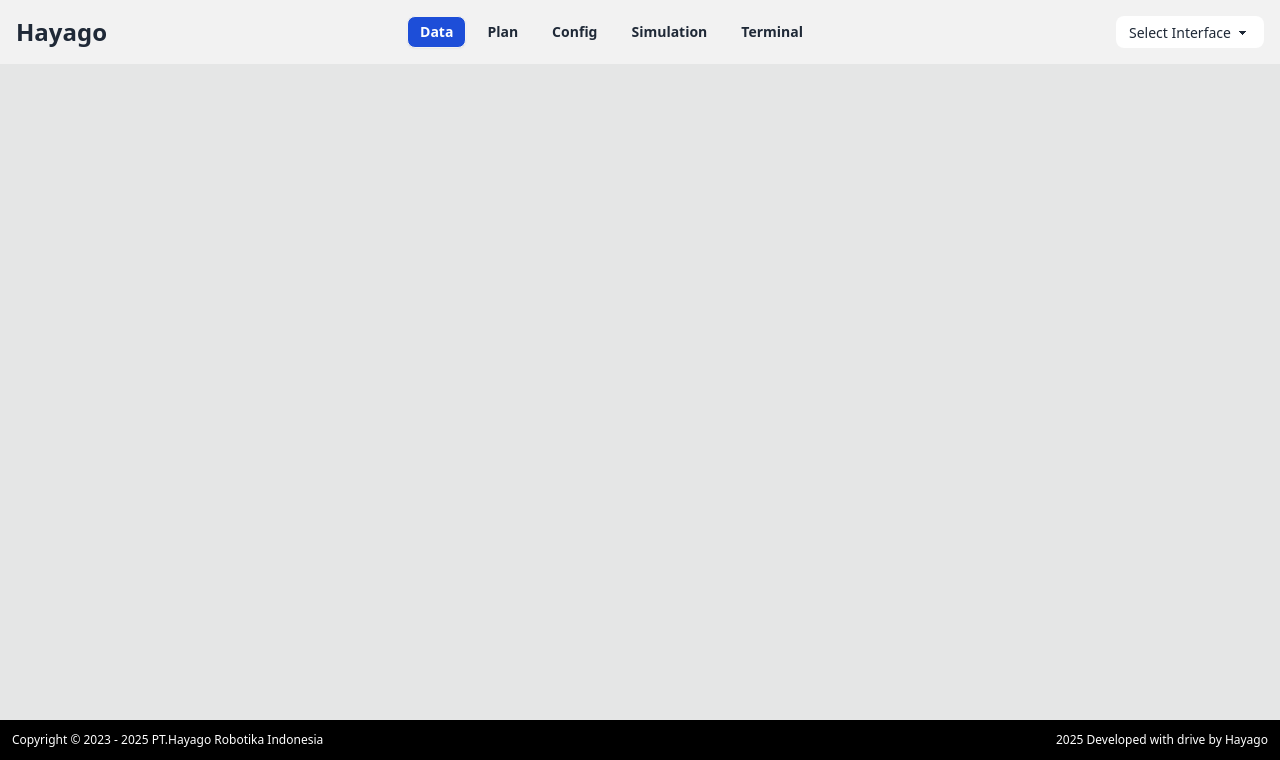
Repository: khulqu15/rov.commander
Page: http://localhost/planner/
An editor plug-in stored every save of this project. The page is shown before and after the next save, followed by the edit.
The browser window is 1280 px wide. The pictures show the whole page.
Some web libraries are served in a nearby version. The page is served by the project's application, run on Django 5.2 (manage.py). Other server files are loaded and not shown.

Above is the page before, as saved 2025-02-06 21:31:52.

### templates/pages/data.html
{% extends "index.html" %}

{% block content %}

{% if selected_interface %}
<div class="max-w-7xl p-4 bg-base-200 w-full inline-block rounded-3xl">
    <div class="flex w-full justify-between items-center">
        <h3 class="badge bg-blue-700 text-white">Selected Network: {{ selected_interface }}</h3>
        <div class="flex items-center justify-end gap-3">
            <div class="py-2 rounded-xl px-4 bg-base-100 text-center">
                <p class="text-xs">Battery</p>
                <h4 class="text-lg text-blue-500 font-bold">90<sub>%</sub></h4>
            </div>
            <div class="py-2 rounded-xl px-4 bg-base-100 text-center">
                <p class="text-xs">Temp</p>
                <h4 class="text-lg text-blue-500 font-bold">-4.3<sub>C</sub></h4>
            </div>
            <div class="py-2 rounded-xl px-4 bg-base-100 text-center">
                <p class="text-xs">Altitude</p>
                <h4 class="text-lg text-blue-500 font-bold">-40<sub>m</sub></h4>
            </div>
            <div class="py-2 rounded-xl px-4 bg-base-100 text-center">
                <p class="text-xs">Flow</p>
                <h4 class="text-lg text-blue-500 font-bold">-3.5<sub>m<sup>3</sup>/s</sub></h4>
            </div>
        </div>
    </div>
</div>
{% endif %}

{% endblock content %}

### templates/index.html
<!DOCTYPE html>
<html lang="en">
<head>
    <meta charset="UTF-8">
    <meta name="viewport" content="width=device-width, initial-scale=1.0">
    <link href="https://cdn.jsdelivr.net/npm/daisyui@4.12.23/dist/full.min.css" rel="stylesheet" type="text/css" />
    <script src="https://cdn.tailwindcss.com"></script>
    <title>Mission Planner App</title>
</head>
<body>
    <div>
        <div class="fixed left-0 w-full p-4 bg-base-200 top-0 flex justify-between items-center text-base-content">
            <div>
                <h1 class="text-2xl font-bold">Hayago</h1>
            </div>
            <div class="lg:flex items-center justify-center gap-2">
                <button type="submit" class="btn bg-blue-700 text-white btn-sm">Data</button>
                <button type="submit" class="btn btn-ghost btn-sm">Plan</button>
                <button type="submit" class="btn btn-ghost btn-sm">Config</button>
                <button type="submit" class="btn btn-ghost btn-sm">Simulation</button>
                <button type="submit" class="btn btn-ghost btn-sm">Terminal</button>
            </div>
            <form method="GET">
                <select name="interface" class="select select-border select-sm" id="interface">
                    <option value="">Select Interface</option>
                    {% for interface in interfaces %}
                        <option value="{{ interface }}" {% if interface == selected_interface %}selected{% endif %}>{{ interface }}</option>
                    {% endfor %}
                </select>
                {% if request.GET.interface %}
                    <button type="submit" class="btn bg-blue-600 text-white btn-sm">Connect</button>
                    <button type="submit" class="btn btn-success btn-sm">Connected</button>
                {% endif %}
            </form>
        </div>
        <div class="min-h-screen w-full bg-base-300 pt-24 p-4 flex justify-center w-full">
            {% block content %}{% endblock content %}
        </div>
        <div class="flex w-full justify-between p-3 text-xs items-center bg-black text-white">
            <div>Copyright © 2023 - 2025 PT.Hayago Robotika Indonesia</div>
            <div>2025 Developed with drive by Hayago</div>
        </div>
    </div>
</body>
</html>

### network/views.py
import socket
import serial.tools.list_ports
from rest_framework.response import Response
from rest_framework.decorators import api_view
from django.shortcuts import render
from django.http import JsonResponse

serial_connection = False

def get_network_interfaces():
    """Mendapatkan daftar interface jaringan yang tersedia"""
    interfaces = set()
    host_name = socket.gethostname()
    for ip in socket.getaddrinfo(host_name, None):
        interfaces.add(ip[4][0])
    return list(interfaces)

@api_view(["GET"])
def get_network_info(request):
    interfaces = get_network_interfaces()
    selected_interface = request.GET.get("interface", None)

    ip_list = []
    com_ports = []

    if selected_interface:
        ip_list = [ip for ip in interfaces if ip == selected_interface]

        ports = list(serial.tools.list_ports.comports())
        com_ports = [{"device": port.device, "description": port.description} for port in ports]

    return render(request, "pages/data.html", {
        "interfaces": interfaces,
        "selected_interface": selected_interface,
        "tcpIp": ip_list,
        "comPorts": com_ports
    })

@api_view(["POST"])
def connect_device(request):
    global serial_connection
    port_name = request.POST.get("port")
    baud_rate = request.POST.get("baud", 9600)
    if not port_name:
        return JsonResponse({"error": "No COM Selected"})
    try:
        serial_connection = serial.Serial(port_name, baudrate=int(baud_rate), timeout=1)
        return("/planner")
    except Exception as e:
        return JsonResponse({"error": str(e)}, status=500)

### missionCore/urls.py
"""
URL configuration for missionCore project.

The `urlpatterns` list routes URLs to views. For more information please see:
    https://docs.djangoproject.com/en/5.1/topics/http/urls/
Examples:
Function views
    1. Add an import:  from my_app import views
    2. Add a URL to urlpatterns:  path('', views.home, name='home')
Class-based views
    1. Add an import:  from other_app.views import Home
    2. Add a URL to urlpatterns:  path('', Home.as_view(), name='home')
Including another URLconf
    1. Import the include() function: from django.urls import include, path
    2. Add a URL to urlpatterns:  path('blog/', include('blog.urls'))
"""
from django.contrib import admin
from django.urls import path, include

urlpatterns = [
    path('admin/', admin.site.urls),
    path('', include('network.urls'))
]

### network/urls.py
from django.urls import path
from .views import get_network_info

urlpatterns = [
    path('planner/', get_network_info, name='planner'),
]

After the next save:
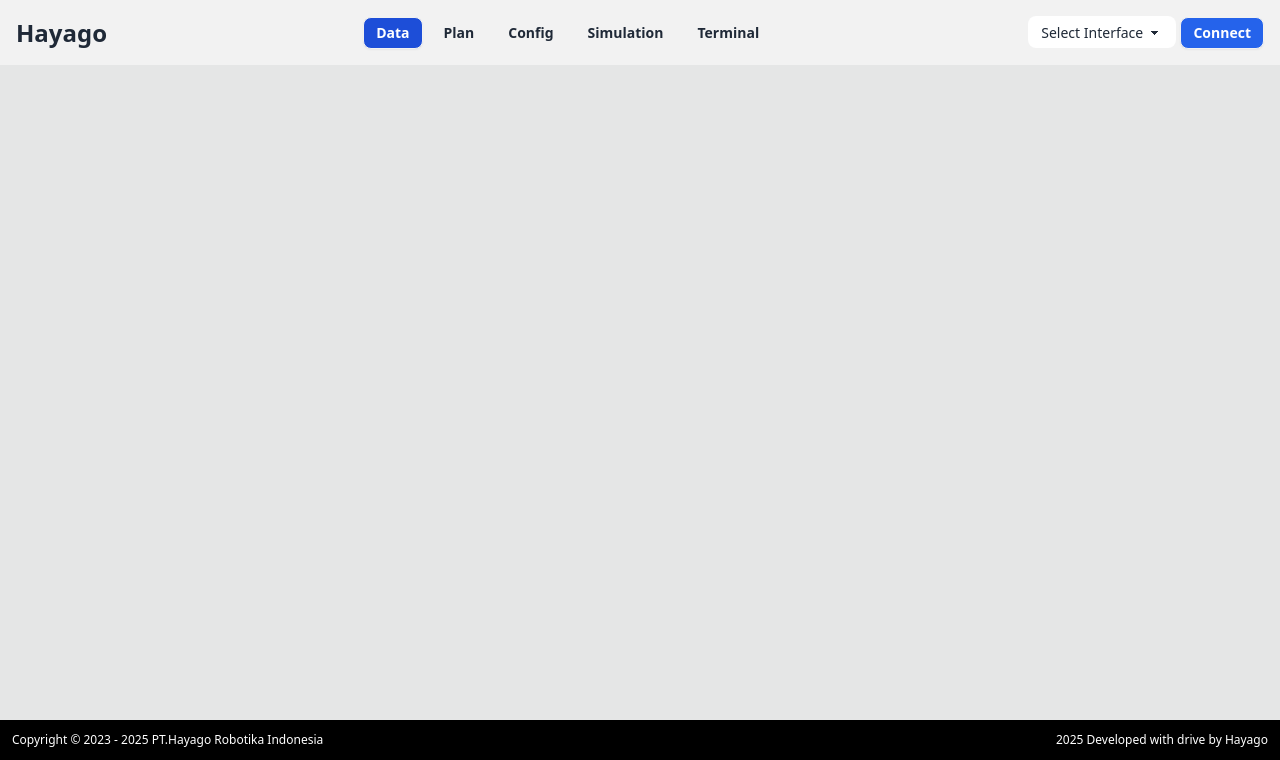
Saved 24 s later.
--- a/templates/index.html
+++ b/templates/index.html
@@ -28,8 +28,9 @@
                     {% endfor %}
                 </select>
                 {% if request.GET.interface %}
+                    <button type="submit" class="btn btn-success btn-sm">Connected</button>
+                {% else %}
                     <button type="submit" class="btn bg-blue-600 text-white btn-sm">Connect</button>
-                    <button type="submit" class="btn btn-success btn-sm">Connected</button>
                 {% endif %}
             </form>
         </div>
